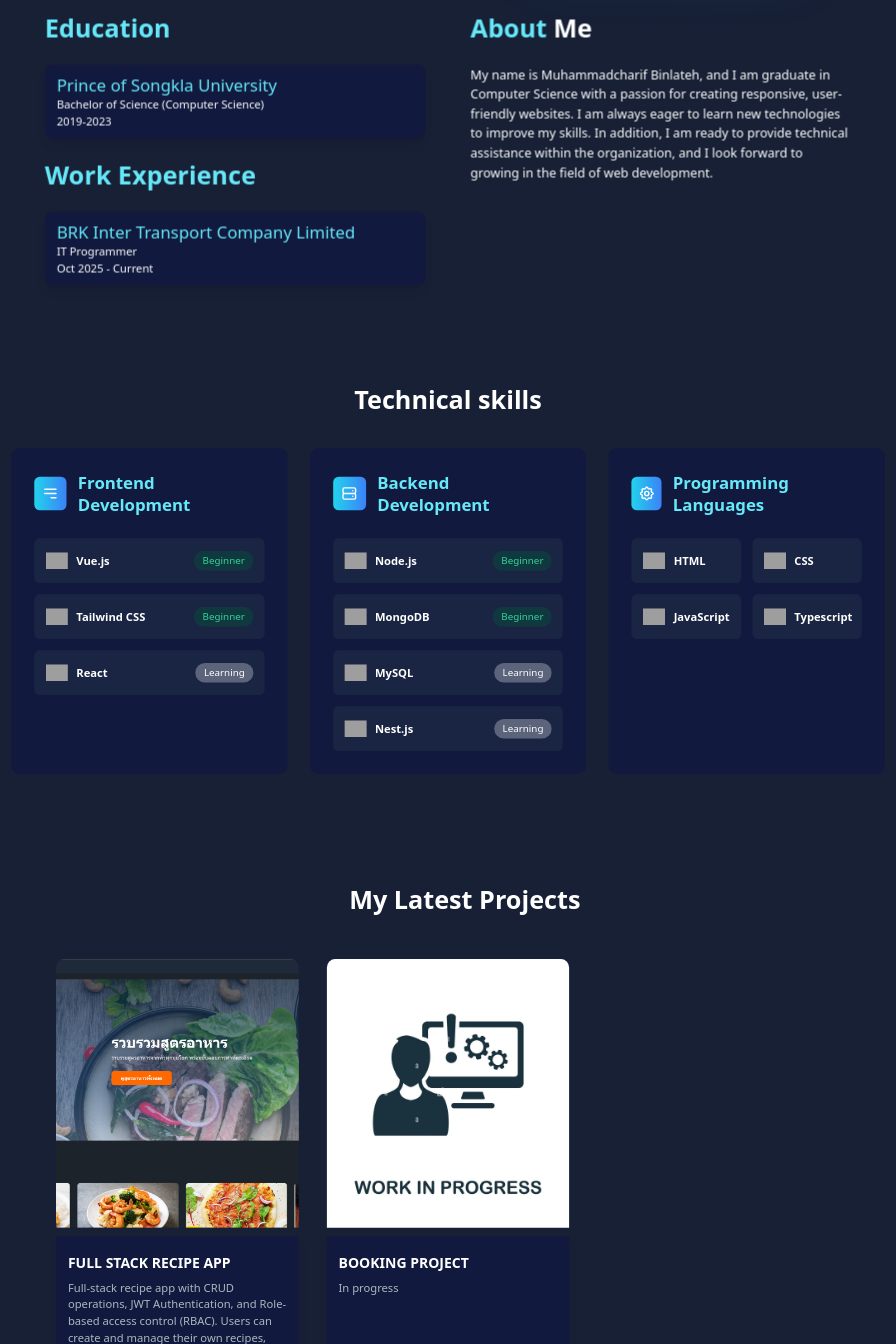
Repository: Charifx7/MyPortfolio
Page: /
An editor plug-in stored every save of this project. The page is shown before and after the next save, followed by the edit.
The browser window is 1280 px wide. The pictures show the part of the page from y = 600 to 2520 px (the page is 3512 px tall), at 70% of full size.
Pictures or frames that could not be fetched are drawn as grey boxes. The project was rebuilt for these pictures with package versions that can differ from the ones it lists, and the page was loaded fresh each time. Also part of the build but not shown: vite.config.js.

Above is the page before, as saved 2026-02-14 10:40:55.

After the next save:
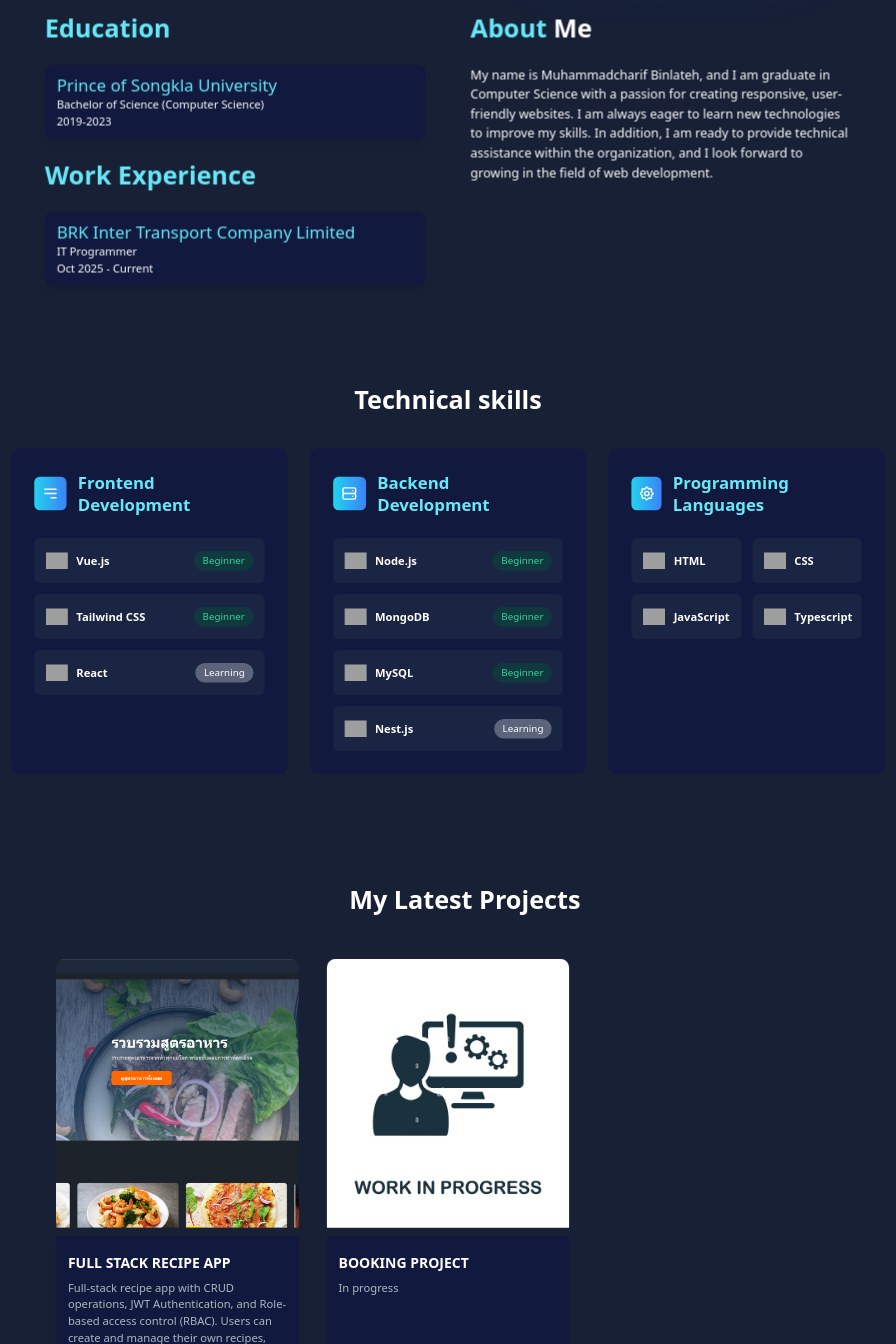
Saved 5 s later.
--- a/src/components/ExperienceAndSkills.vue
+++ b/src/components/ExperienceAndSkills.vue
@@ -142,7 +142,7 @@ const backendSkills = ref([
     {
         id: 3,
         name: 'MySQL',
-        level: 'Learning',
+        level: 'Beginner',
         icon: 'https://www.svgrepo.com/show/354118/express.svg'
     },
     {
